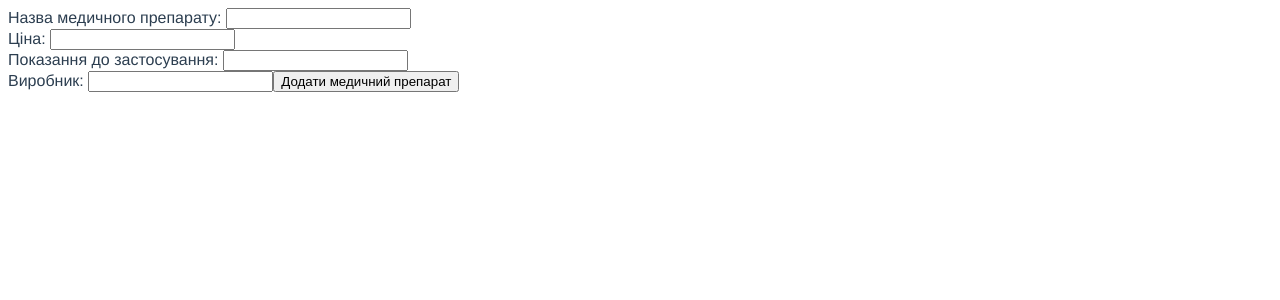
Repository: kristinap8/pharmacy
Page: /add_medicine
These files come from the project's save history. The page is drawn as it stood at one moment and after the next save; the edit follows.
The browser window is 1280 px wide. The pictures show the whole page.
The project was rebuilt for these pictures with package versions that can differ from the ones it lists, and the page was loaded fresh each time. Also part of the build but not shown: src/pages/EditMedicine/index.vue, src/components/MedicinesList/MedicineCard/index.vue, src/components/MedicinesList/index.vue, src/pages/AllMedicines/index.vue.

Above is the page before, as saved 2020-12-09 10:00:54.

After the next save:
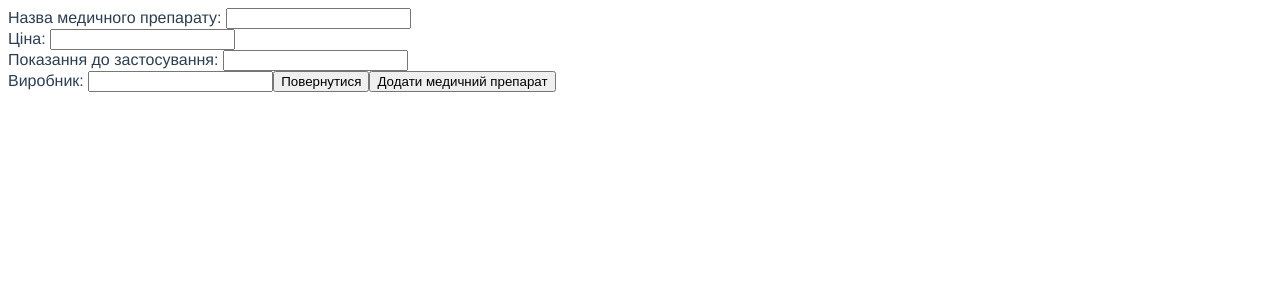
Saved 28 min 20 s later.
--- a/src/components/AddMedicineForm/index.vue
+++ b/src/components/AddMedicineForm/index.vue
@@ -23,6 +23,7 @@
         Виробник:
         <input type="text" v-model="maker"/>
     </label>
+    <router-link to="/" tag="button">Повернутися</router-link>
     <button @click="onAddMedicine">
         Додати медичний препарат
     </button>
